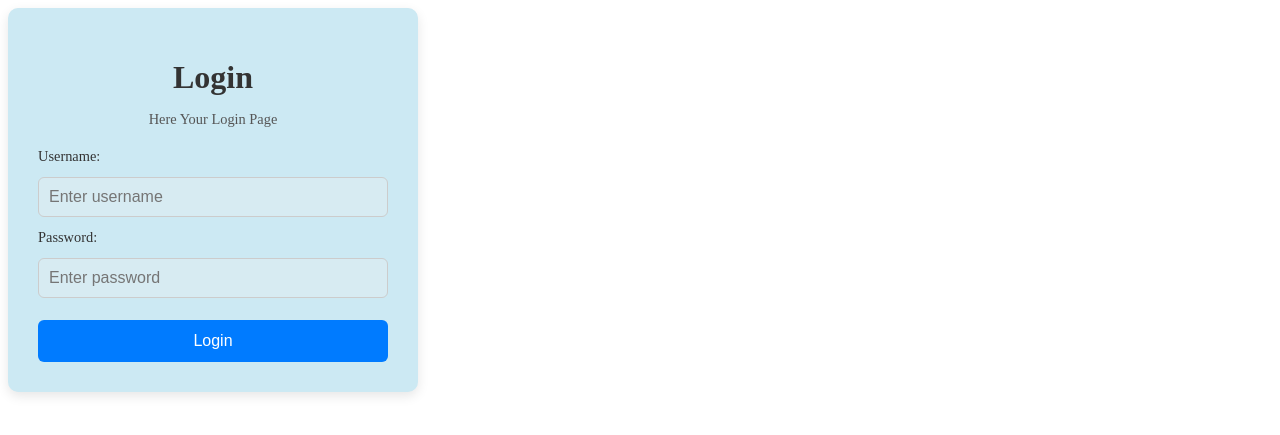
Repository: AdityaTech-Pro/FullStackWithBridgelabz
Page: login form/index.html
An editor plug-in stored every save of this project. The page is shown before and after a run of saves, followed by the edit.
The browser window is 1280 px wide. The pictures show the whole page.

Above is the page before, as saved 2025-11-17 09:30:19.
Console error: ReferenceError: inputUsername is not defined

After the next 3 saves:
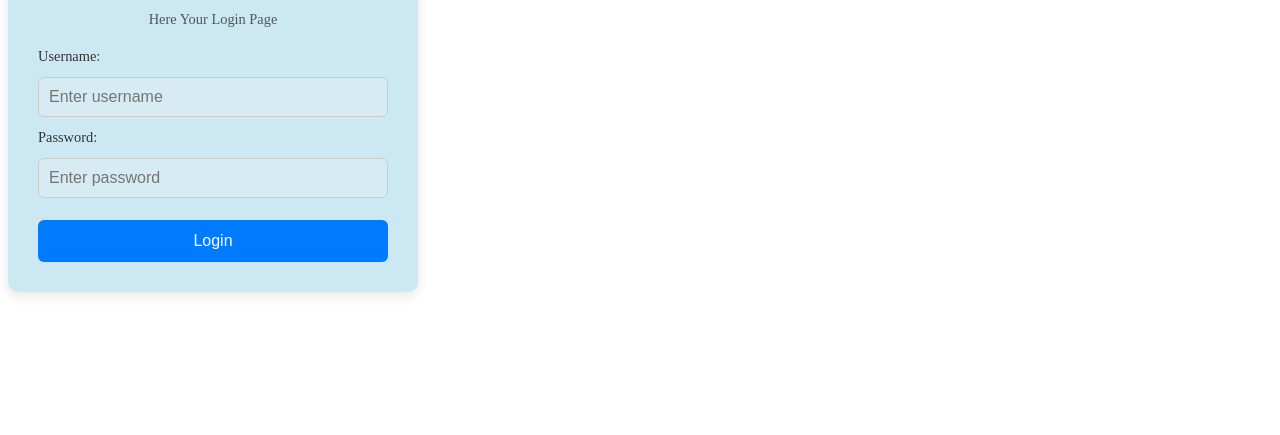
The 3 saves are shown as one change because they came seconds apart.
The last was saved 103 s later.
--- a/login form/style.css
+++ b/login form/style.css
@@ -19,6 +19,7 @@ body {
   width: 350px;
   box-shadow: 0 4px 12px rgba(0, 0, 0, 0.1); /* Soft shadow */
   text-align: center;
+  margin-top: -100px;
 }
 
 h1 {
